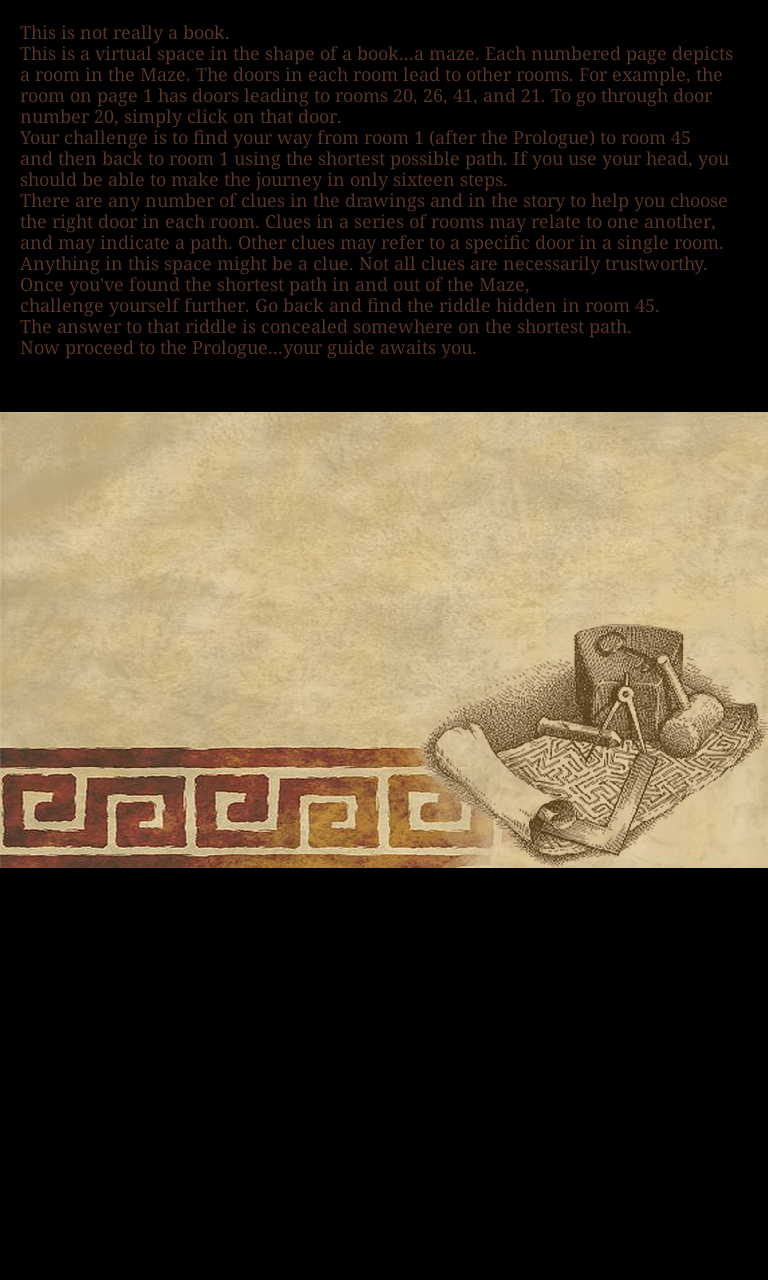
Repository: RandyLedbetter/maze
Layout: MazeTest/res/layout/activity_directions.xml
These files come from the project's save history. The layout is drawn as it stood at one moment and after the next save; the edit follows.
It is drawn on a 768 x 1280 px phone screen (xhdpi) without system bars, with theme android:Theme.NoTitleBar.Fullscreen; the app's code is not run.

Above is the layout before, as saved 2014-04-25 01:34:10.

After the next save:
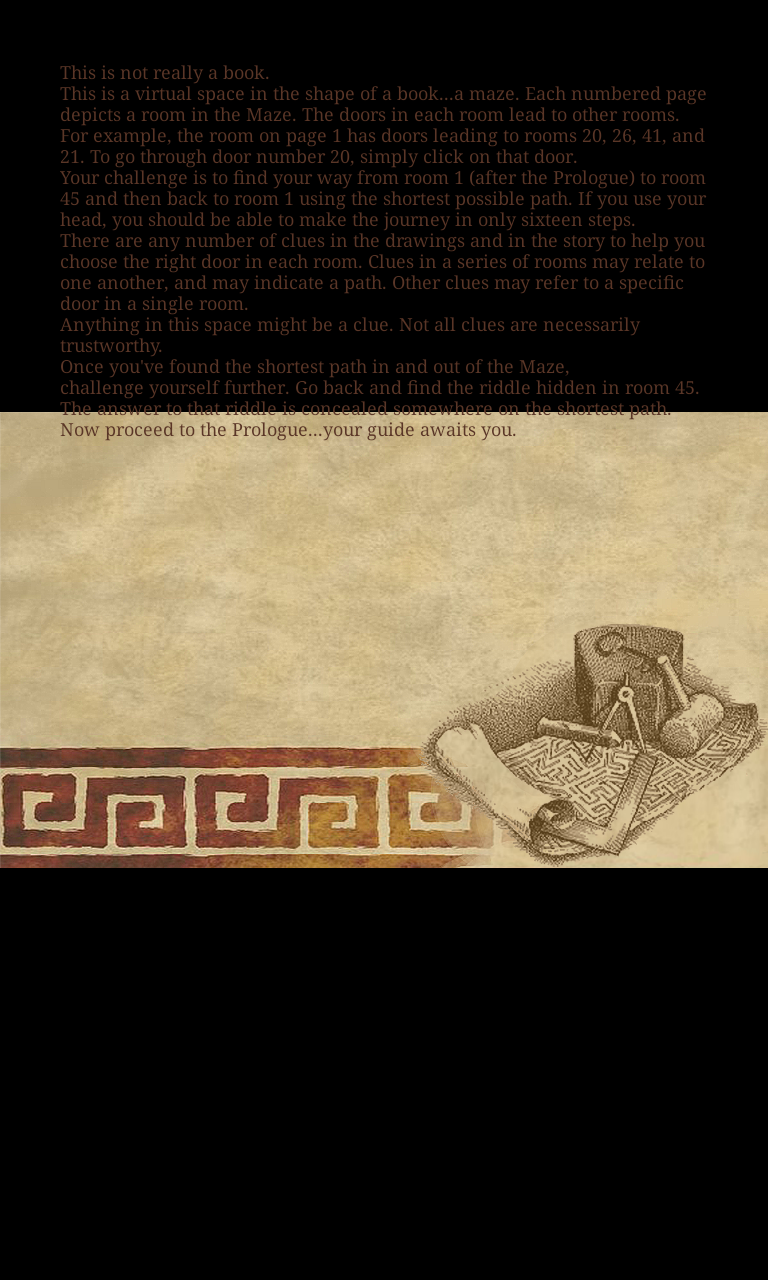
Saved 100 s later.
--- a/MazeTest/res/layout/activity_directions.xml
+++ b/MazeTest/res/layout/activity_directions.xml
@@ -14,10 +14,11 @@
 	 />
 
  	<TextView
- 	    android:layout_width="match_parent"
- 	    android:layout_height="match_parent"
+ 	    android:layout_width="wrap_content"
+ 	    android:layout_height="wrap_content"
  	    android:padding="10dp"
  	    android:paddingBottom="0dp"
+ 	    android:layout_margin="20dp"
  	    android:text="@string/directions"
  	    android:textColor="#5A3627"
  	    android:textSize="@dimen/directions_text_size"
